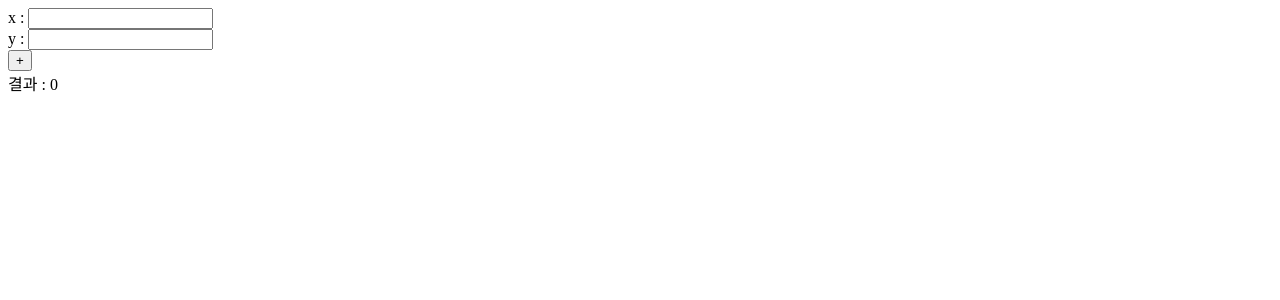
Repository: bitcamp-pool/newlecwork
Page: JSPprj/src/main/webapp/calc.html
An editor plug-in stored every save of this project. The page is shown before and after the next save, followed by the edit.
The browser window is 1280 px wide. The pictures show the whole page.

Above is the page before, as saved 2022-04-17 11:17:03.

After the next save:
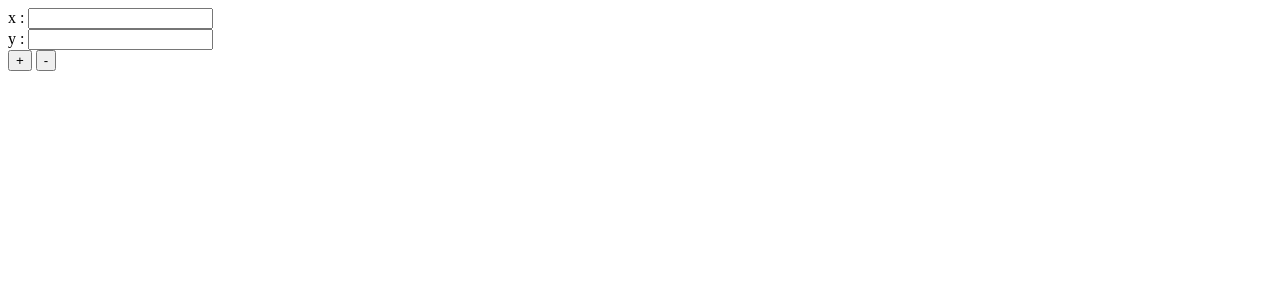
Saved 47 s later.
--- a/JSPprj/src/main/webapp/calc.html
+++ b/JSPprj/src/main/webapp/calc.html
@@ -16,9 +16,7 @@
 		</div>
 		<div>
 			<input type="submit" value="+">
-		</div>
-		<div>
-			결과 : 0
+			<input type="submit" value="-">
 		</div>
 	</form>
 </body>
